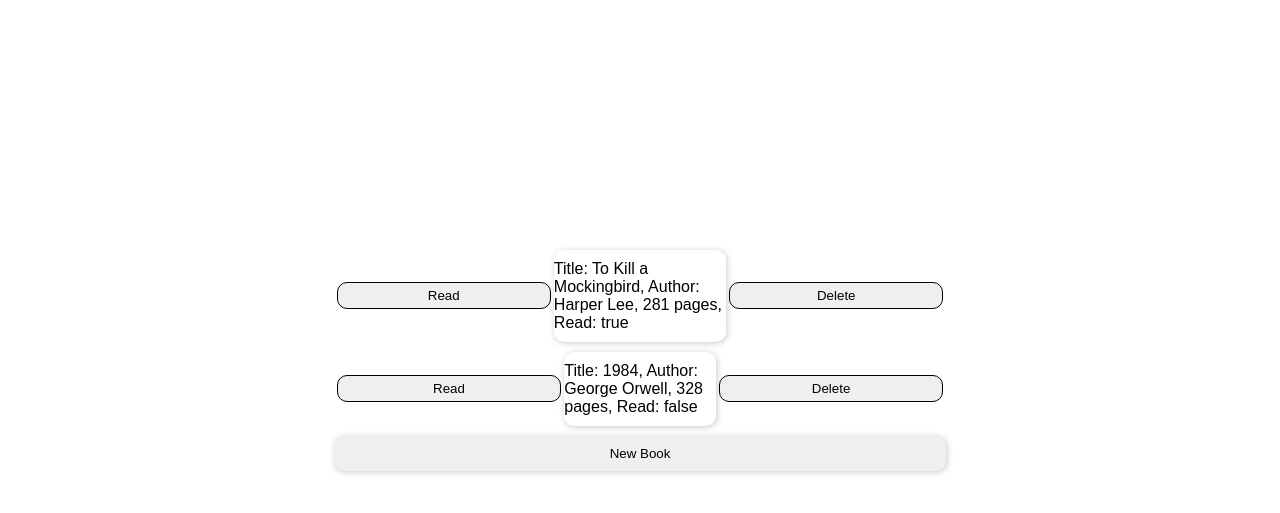
Repository: kocokoy/library
Page: index.html
The author's editor kept a copy of each file at every save. The page is drawn from the files as they stood at one save, then again after the next save.
The browser window is 1280 px wide. The pictures show the whole page.

Above is the page before, as saved 2024-11-06 10:39:36.

After the next save:
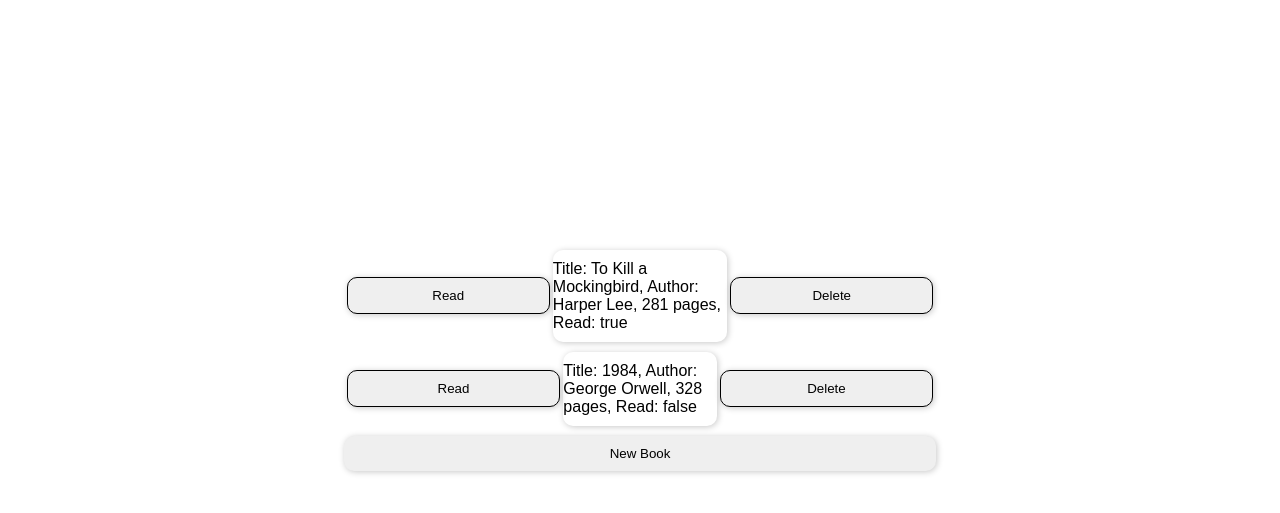
Saved 19 s later.
--- a/style.css
+++ b/style.css
@@ -26,7 +26,6 @@ body{
   align-items: center;
 }
 .book-card{
-
   display: flex;
   flex-direction: row;
   justify-content: center;
@@ -36,6 +35,12 @@ body{
 }
 
 .book-card div{
+  padding: 10px 0px;
+  border-radius: 10px;
+  box-shadow: 1px 1px 6px  rgba(0, 0, 0, 0.219);
+}
+
+.book-card button{
   padding: 10px 0px;
   border-radius: 10px;
   box-shadow: 1px 1px 6px  rgba(0, 0, 0, 0.219);
